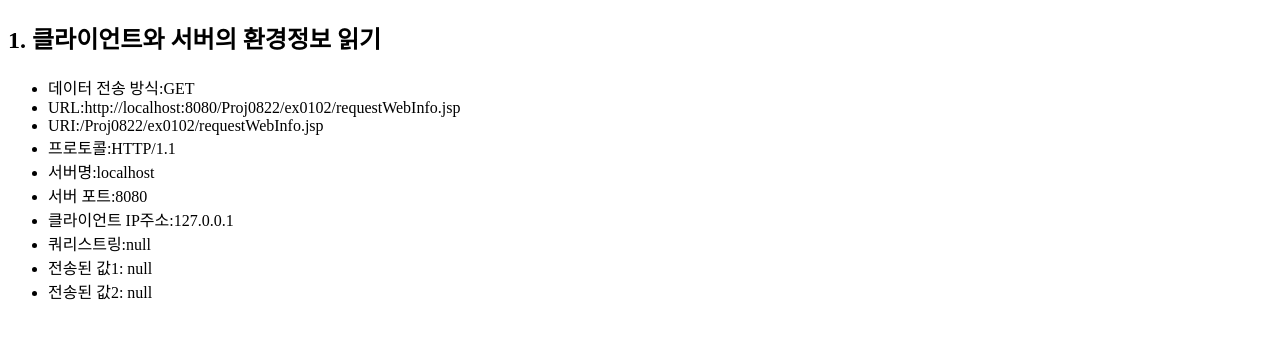
Repository: taein0714/jsp202408
Page: http://localhost/Proj0822/ex0102/requestWebInfo.jsp
An editor plug-in stored every save of this project. The page is shown before and after the next save, followed by the edit.
The browser window is 1280 px wide. The pictures show the whole page.
The page is served by Tomcat 9.

Above is the page before, as saved 2024-08-22 05:33:40.

### ex0822/Proj0822/src/main/webapp/ex0102/requestWebInfo.jsp
<%@ page language="java" contentType="text/html; charset=UTF-8" pageEncoding="UTF-8" %>
    <!DOCTYPE html>
    <html>

    <head>
        <meta charset="UTF-8">
        <title>Insert title here</title>
    </head>

    <body>
        <h2>1. 클라이언트와 서버의 환경정보 읽기</h2>
        <ul>
            <li>데이터 전송 방식:<%=request.getMethod() %> </li>
            <li>URL:<%=request.getRequestURL() %> </li>
            <li>URI:<%=request.getRequestURI() %> </li>
            <li>프로토콜:<%=request.getProtocol() %></li>
            <li>서버명:<%=request.getServerName() %></li>
            <li>서버 포트:<%=request.getServerPort()%></li>
            <li>클라이언트 IP주소:<%=request.getRemoteAddr() %></li>
            <li>쿼리스트링:<%=request.getQueryString() %></li>
            <li>전송된 값1: <%=request.getParameter("eng") %></li>
            <li>전송된 값2: <%=request.getParameter("han") %></li>

        </ul>
    </body>

    </html>

After the next save:
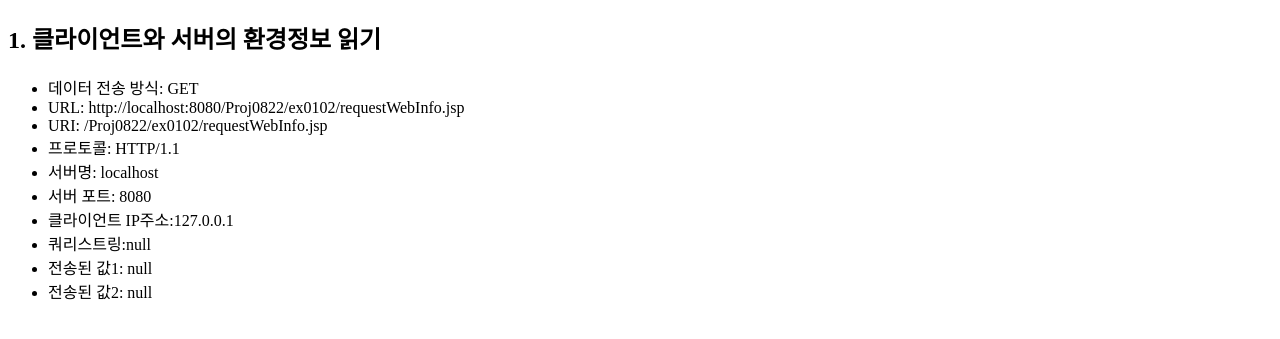
Saved 51 s later.
--- a/ex0822/Proj0822/src/main/webapp/ex0102/requestWebInfo.jsp
+++ b/ex0822/Proj0822/src/main/webapp/ex0102/requestWebInfo.jsp
@@ -10,12 +10,12 @@
     <body>
         <h2>1. 클라이언트와 서버의 환경정보 읽기</h2>
         <ul>
-            <li>데이터 전송 방식:<%=request.getMethod() %> </li>
-            <li>URL:<%=request.getRequestURL() %> </li>
-            <li>URI:<%=request.getRequestURI() %> </li>
-            <li>프로토콜:<%=request.getProtocol() %></li>
-            <li>서버명:<%=request.getServerName() %></li>
-            <li>서버 포트:<%=request.getServerPort()%></li>
+            <li>데이터 전송 방식: <%=request.getMethod() %> </li>
+            <li>URL: <%=request.getRequestURL() %> </li>
+            <li>URI: <%=request.getRequestURI() %> </li>
+            <li>프로토콜: <%=request.getProtocol() %></li>
+            <li>서버명: <%=request.getServerName() %></li>
+            <li>서버 포트: <%=request.getServerPort()%></li>
             <li>클라이언트 IP주소:<%=request.getRemoteAddr() %></li>
             <li>쿼리스트링:<%=request.getQueryString() %></li>
             <li>전송된 값1: <%=request.getParameter("eng") %></li>
